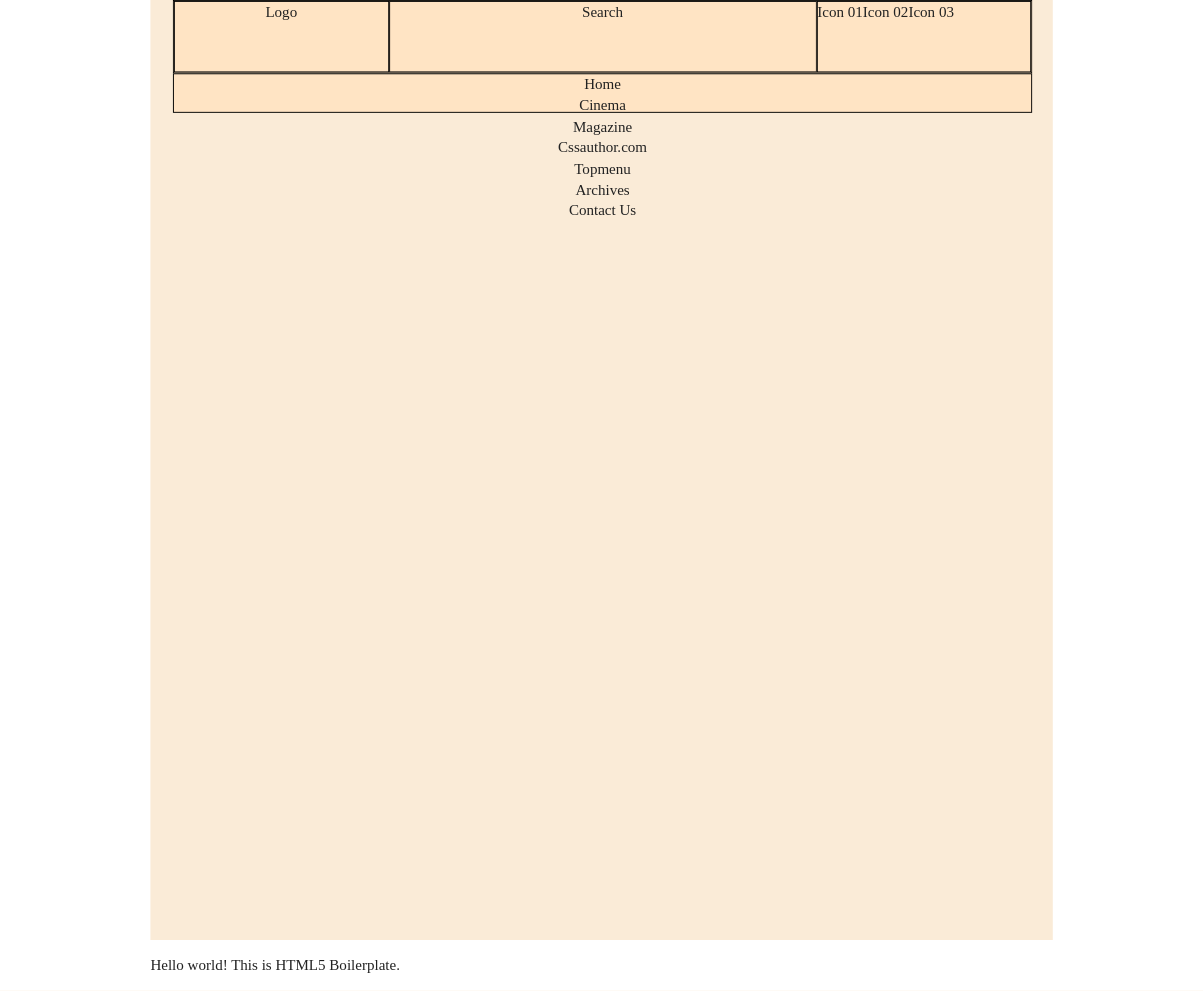
Repository: giovanabirck/cover-magazine-giovanabirck
Page: index.html
An editor plug-in stored every save of this project. The page is shown before and after a run of saves, followed by the edit.
The browser window is 1280 px wide. The pictures show the whole page, at 94% of full size.

Above is the page before, as saved 2023-01-13 17:13:46.

### index.html
<!doctype html>
<html class="no-js" lang="">

<head>
  <meta charset="utf-8">
  <title></title>
  <meta name="description" content="">
  <meta name="viewport" content="width=device-width, initial-scale=1">

  <meta property="og:title" content="">
  <meta property="og:type" content="">
  <meta property="og:url" content="">
  <meta property="og:image" content="">

  <link rel="manifest" href="site.webmanifest">
  <link rel="apple-touch-icon" href="icon.png">
  <!-- Place favicon.ico in the root directory -->

  <link rel="stylesheet" href="css/normalize.css">
  <link rel="stylesheet" href="css/main.css">

  <meta name="theme-color" content="#fafafa">
</head>

<body>

  <div class="main-container">
    <div class="header">
      <div class="header-content">
        <div class="header-content-logo">Logo</div>
        <div class="header-content-search">Search</div>
        <div class="header-content-icons">
          <div class="header-content-icons-un">Icon 01</div>
          <div class="header-content-icons-un">Icon 02</div>
          <div class="header-content-icons-un">Icon 03</div>
        </div>
      </div>
      <div class="header-menu">
        <div>Home</div>
        <div>Cinema</div>
        <div>Magazine</div>
        <div>Cssauthor.com</div>
        <div>Topmenu</div>
        <div>Archives</div>
        <div>Contact Us</div>
      </div>
    </div>
  </div>


  <!-- Add your site or application content here -->
  <p>Hello world! This is HTML5 Boilerplate.</p>
  <script src="js/vendor/modernizr-3.11.2.min.js"></script>
  <script src="js/plugins.js"></script>
  <script src="js/main.js"></script>

  <!-- Google Analytics: change UA-XXXXX-Y to be your site's ID. -->
  <script>
    window.ga = function () { ga.q.push(arguments) }; ga.q = []; ga.l = +new Date;
    ga('create', 'UA-XXXXX-Y', 'auto'); ga('set', 'anonymizeIp', true); ga('set', 'transport', 'beacon'); ga('send', 'pageview')
  </script>
  <script src="https://www.google-analytics.com/analytics.js" async></script>
</body>

</html>

### css/main.css
/*! HTML5 Boilerplate v8.0.0 | MIT License | https://html5boilerplate.com/ */

/* main.css 2.1.0 | MIT License | https://github.com/h5bp/main.css#readme */
/*
 * What follows is the result of much research on cross-browser styling.
 * Credit left inline and big thanks to Nicolas Gallagher, Jonathan Neal,
 * Kroc Camen, and the H5BP dev community and team.
 */

/* ==========================================================================
   Base styles: opinionated defaults
   ========================================================================== */

html {
  color: #222;
  font-size: 1em;
  line-height: 1.4;
  margin: 0px 160px 0px 160px;
}

/*
 * Remove text-shadow in selection highlight:
 * https://twitter.com/miketaylr/status/12228805301
 *
 * Vendor-prefixed and regular ::selection selectors cannot be combined:
 * https://stackoverflow.com/a/16982510/7133471
 *
 * Customize the background color to match your design.
 */

::-moz-selection {
  background: #b3d4fc;
  text-shadow: none;
}

::selection {
  background: #b3d4fc;
  text-shadow: none;
}

/*
 * A better looking default horizontal rule
 */

hr {
  display: block;
  height: 1px;
  border: 0;
  border-top: 1px solid #ccc;
  margin: 1em 0;
  padding: 0;
}

/*
 * Remove the gap between audio, canvas, iframes,
 * images, videos and the bottom of their containers:
 * https://github.com/h5bp/html5-boilerplate/issues/440
 */

audio,
canvas,
iframe,
img,
svg,
video {
  vertical-align: middle;
}

/*
 * Remove default fieldset styles.
 */

fieldset {
  border: 0;
  margin: 0;
  padding: 0;
}

/*
 * Allow only vertical resizing of textareas.
 */

textarea {
  resize: vertical;
}

/* ==========================================================================
   Author's custom styles
   ========================================================================== */

/* ==========================================================================
   Helper classes
   ========================================================================== */

/*
 * Hide visually and from screen readers
 */

.hidden,
[hidden] {
  display: none !important;
}

/*
 * Hide only visually, but have it available for screen readers:
 * https://snook.ca/archives/html_and_css/hiding-content-for-accessibility
 *
 * 1. For long content, line feeds are not interpreted as spaces and small width
 *    causes content to wrap 1 word per line:
 *    https://medium.com/@jessebeach/beware-smushed-off-screen-accessible-text-5952a4c2cbfe
 */

.sr-only {
  border: 0;
  clip: rect(0, 0, 0, 0);
  height: 1px;
  margin: -1px;
  overflow: hidden;
  padding: 0;
  position: absolute;
  white-space: nowrap;
  width: 1px;
  /* 1 */
}

/*
 * Extends the .sr-only class to allow the element
 * to be focusable when navigated to via the keyboard:
 * https://www.drupal.org/node/897638
 */

.sr-only.focusable:active,
.sr-only.focusable:focus {
  clip: auto;
  height: auto;
  margin: 0;
  overflow: visible;
  position: static;
  white-space: inherit;
  width: auto;
}

/*
 * Hide visually and from screen readers, but maintain layout
 */

.invisible {
  visibility: hidden;
}

/*
 * Clearfix: contain floats
 *
 * For modern browsers
 * 1. The space content is one way to avoid an Opera bug when the
 *    `contenteditable` attribute is included anywhere else in the document.
 *    Otherwise it causes space to appear at the top and bottom of elements
 *    that receive the `clearfix` class.
 * 2. The use of `table` rather than `block` is only necessary if using
 *    `:before` to contain the top-margins of child elements.
 */

.clearfix::before,
.clearfix::after {
  content: " ";
  display: table;
}

.clearfix::after {
  clear: both;
}

/* ==========================================================================
   EXAMPLE Media Queries for Responsive Design.
   These examples override the primary ('mobile first') styles.
   Modify as content requires.
   ========================================================================== */

@media only screen and (min-width: 35em) {
  /* Style adjustments for viewports that meet the condition */
}

@media print,
  (-webkit-min-device-pixel-ratio: 1.25),
  (min-resolution: 1.25dppx),
  (min-resolution: 120dpi) {
  /* Style adjustments for high resolution devices */
}

/* ==========================================================================
   Print styles.
   Inlined to avoid the additional HTTP request:
   https://www.phpied.com/delay-loading-your-print-css/
   ========================================================================== */

@media print {
  *,
  *::before,
  *::after {
    background: #fff !important;
    color: #000 !important;
    /* Black prints faster */
    box-shadow: none !important;
    text-shadow: none !important;
  }

  a,
  a:visited {
    text-decoration: underline;
  }

  a[href]::after {
    content: " (" attr(href) ")";
  }

  abbr[title]::after {
    content: " (" attr(title) ")";
  }

  /*
   * Don't show links that are fragment identifiers,
   * or use the `javascript:` pseudo protocol
   */
  a[href^="#"]::after,
  a[href^="javascript:"]::after {
    content: "";
  }

  pre {
    white-space: pre-wrap !important;
  }

  pre,
  blockquote {
    border: 1px solid #999;
    page-break-inside: avoid;
  }

  /*
   * Printing Tables:
   * https://web.archive.org/web/20180815150934/http://css-discuss.incutio.com/wiki/Printing_Tables
   */
  thead {
    display: table-header-group;
  }

  tr,
  img {
    page-break-inside: avoid;
  }

  p,
  h2,
  h3 {
    orphans: 3;
    widows: 3;
  }

  h2,
  h3 {
    page-break-after: avoid;
  }
}

.main-container{
  background-color: antiquewhite;
  width: 100%;
  height: 1000px;
  display: flex;
  justify-content: center;
}

.header {
  background-color:cadetblue;
  width: 95%;
  height: 120px;
  display: flex;
  flex-direction: column;
  justify-content: center;
}

.header-content{
  background-color: bisque;
  border: solid 1px black;
  width: 100%;
  height: 80px;
  display: flex;
}

.header-content-logo{
  background-color: bisque;
  border: solid 1px black;
  width: 33%;
  text-align: center;
}

.header-content-search{
  background-color: bisque;
  border: solid 1px black;
  width: 66%;
  text-align: center;
}

.header-content-icons{
  background-color: bisque;
  border: solid 1px black;
  width: 33%;
  text-align: center;
  display: flex;
}

.header-content-icons-01{
  background-color: bisque;
  border: solid 1px black;
  width: 100%;
  text-align: center;
}

.header-menu{
  background-color: bisque;
  border: solid 1px black;
  width: 100%;
  height: 40px;
  text-align: center;
}

### js/plugins.js
// Avoid `console` errors in browsers that lack a console.
(function() {
  var method;
  var noop = function () {};
  var methods = [
    'assert', 'clear', 'count', 'debug', 'dir', 'dirxml', 'error',
    'exception', 'group', 'groupCollapsed', 'groupEnd', 'info', 'log',
    'markTimeline', 'profile', 'profileEnd', 'table', 'time', 'timeEnd',
    'timeline', 'timelineEnd', 'timeStamp', 'trace', 'warn'
  ];
  var length = methods.length;
  var console = (window.console = window.console || {});

  while (length--) {
    method = methods[length];

    // Only stub undefined methods.
    if (!console[method]) {
      console[method] = noop;
    }
  }
}());

// Place any jQuery/helper plugins in here.

Loaded but not shown: css/normalize.css (library); js/vendor/modernizr-3.11.2.min.js (library); js/main.js (no stored copy; drawn as an empty file)

After the next 2 saves:
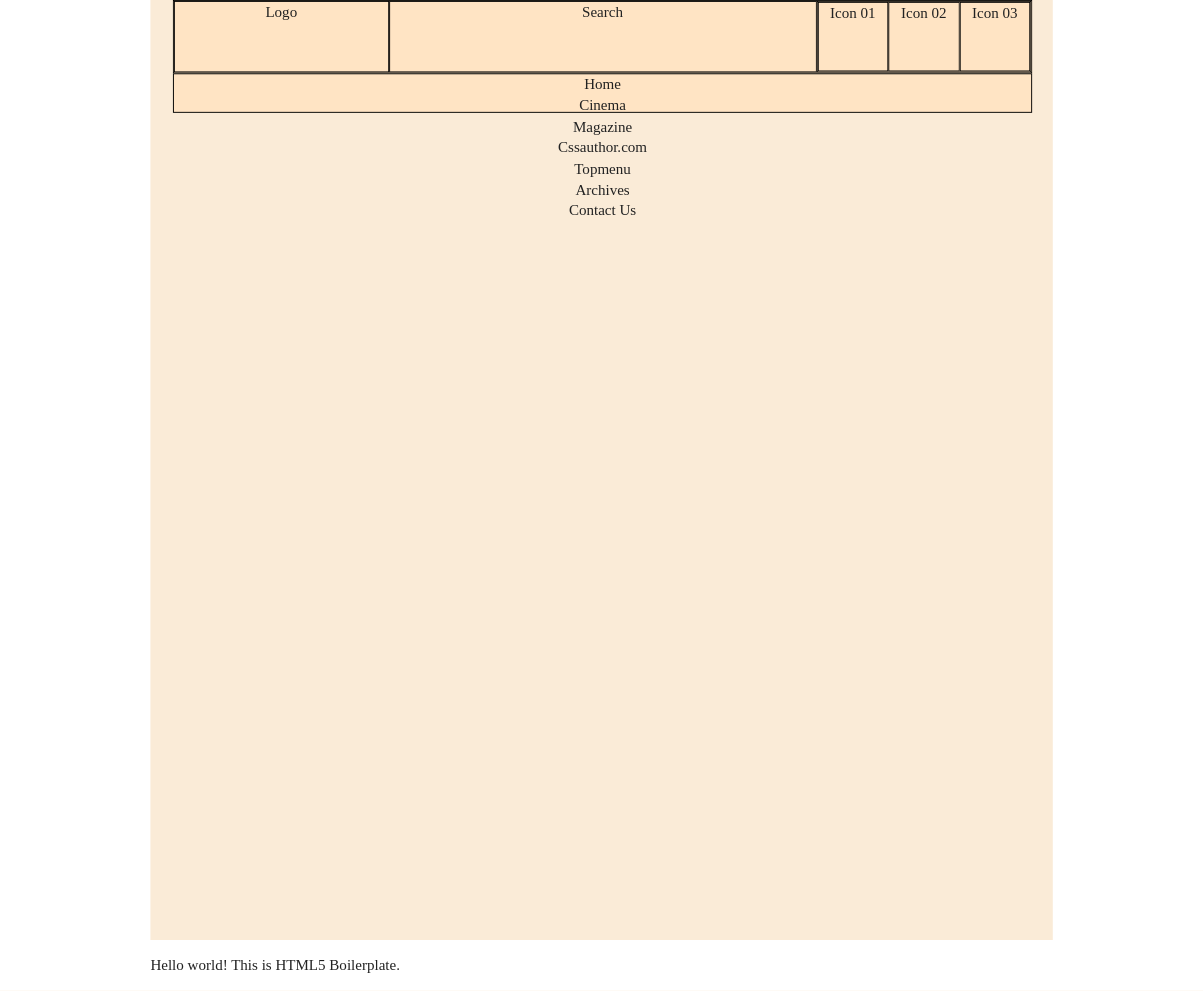
The 2 saves are shown as one change because they came seconds apart.
The last was saved 8 s later.
--- a/css/main.css
+++ b/css/main.css
@@ -309,7 +309,7 @@ textarea {
   display: flex;
 }
 
-.header-content-icons-01{
+.header-content-icons-un{
   background-color: bisque;
   border: solid 1px black;
   width: 100%;
